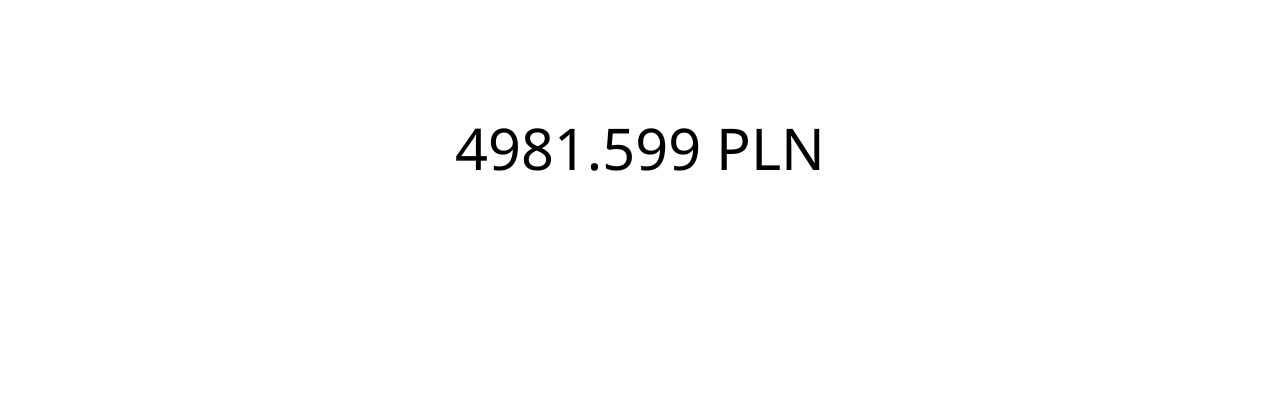
Repository: michalgornicki/bitcoin-virtual
Page: /
An editor plug-in stored every save of this project. The page is shown before and after a run of saves, followed by the edit.
The browser window is 1280 px wide. The pictures show the whole page.
The project was rebuilt for these pictures with package versions that can differ from the ones it lists, and the page was loaded fresh each time.

Above is the page before, as saved 2021-12-05 20:33:25.

### src/App.jsx
import React, { useState, useEffect } from 'react';
import './App.css';

function App() {

const [bitcoinPrice, setBitcoinPrice] = useState(5000);


const setPrice = () => {
  let randomNumber = parseFloat((Math.random()*20 - 10).toFixed(3));
  setBitcoinPrice(bitcoinPrice => parseFloat((bitcoinPrice + randomNumber).toFixed(3)));
  setTimeout(setPrice, 1000)
}

const plnPrice = () => {
  let pln = 1/bitcoinPrice;
  document.getElementsByClassName("price")[1].innerHTML = pln;
}



useEffect(() => {
  setPrice();
}, []);

  return (
    <p>
      <div className="price">{bitcoinPrice} PLN</div>
      <div className="price"></div>
    </p>
  );
}

export default App;

### src/App.css
body{
    font-family:'Segoe UI', Tahoma, Geneva, Verdana, sans-serif;
}

.price{
    font-size: 8vmin;
    display: block;
    margin: auto;
    margin-top: 15vmin;
    text-align: center;
    width: 30%;
}

Loaded but not shown: public/index.html (common file); src/index.js (common file); src/index.css (common file); src/reportWebVitals.js (common file)

After the next 3 saves:
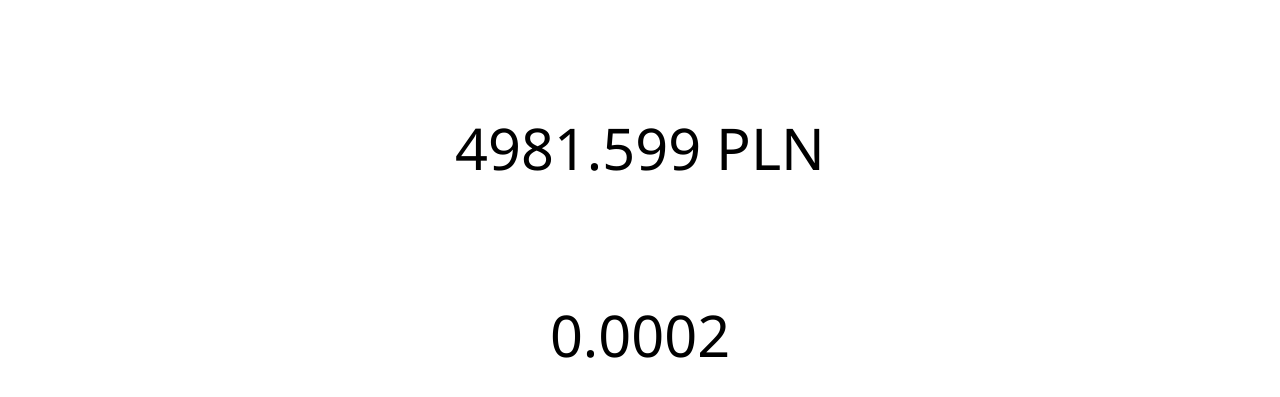
The 3 saves are shown as one change because they came seconds apart.
The last was saved 9 s later.
--- a/src/App.jsx
+++ b/src/App.jsx
@@ -21,6 +21,7 @@ const plnPrice = () => {
 
 useEffect(() => {
   setPrice();
+  plnPrice();
 }, []);
 
   return (
